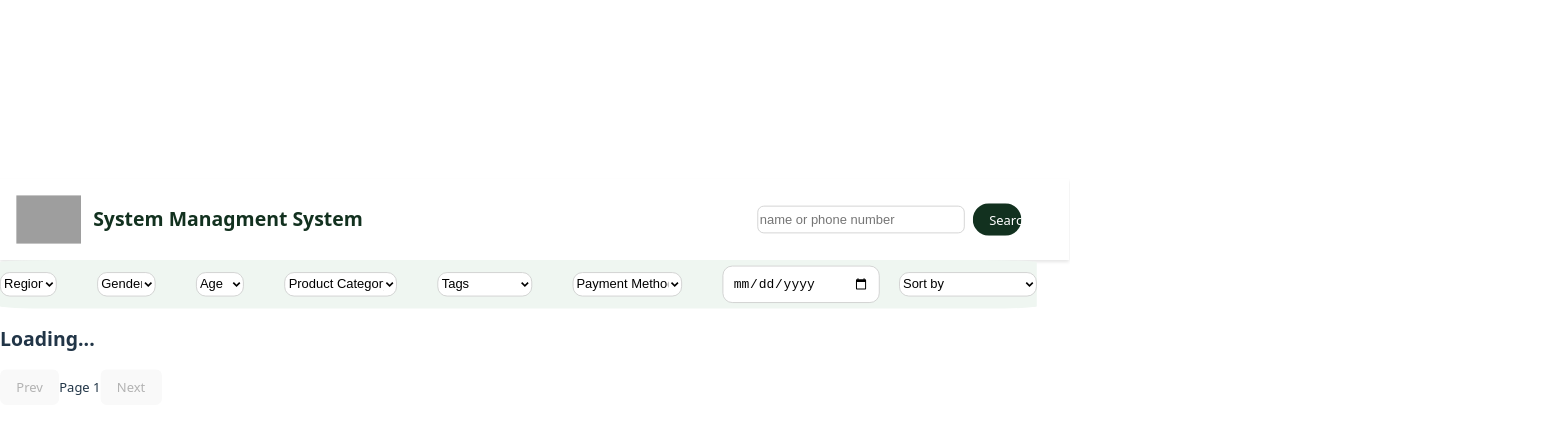
Repository: SandeepYadav18717/TruEstae
Page: / (app in TruEstae/)
The author's editor kept a copy of each file at every save. The page is drawn from the files as they stood at one save, then again after a run of saves.
The browser window is 1280 px wide. The page is 1320 px wide, then 2229 px, then 1320 px, so the pictures cover 1920 px, including what lies to the right of the window. The pictures show the whole page, at 81% of full size.
Pictures or frames that could not be fetched are drawn as grey boxes. The page's requests for data from a server got no answer. The project was rebuilt for these pictures with package versions that can differ from the ones it lists, and the page was loaded fresh each time. No one was signed in, and anything a server would have sent is missing. Also part of the build but not shown: TruEstae/vite.config.js, TruEstae/src/App.css.

Above is the page before, as saved 2025-12-09 08:25:21.

After the next 2 saves:
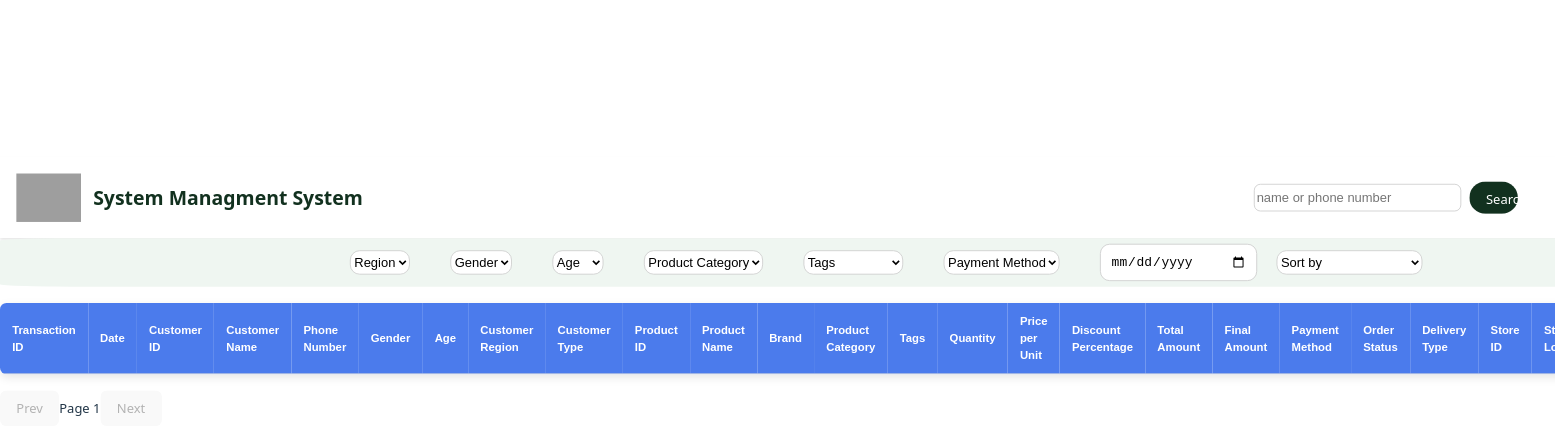
The 2 saves are shown as one change because they came seconds apart.
The last was saved 54 s later.
--- a/TruEstae/src/Pages/Home.jsx
+++ b/TruEstae/src/Pages/Home.jsx
@@ -20,38 +20,53 @@
 
   const [data, setData] = useState([]);
   const [loading, setLoading] = useState(false);
+
+  // ⭐⭐⭐ SEARCH FUNCTION (FIXED) ⭐⭐⭐
   const handleSearch = async (query) => {
+    setLoading(true); // start loader
     console.log("SEARCH QUERY:", query);
 
-    const res = await fetch("http://localhost:8000/search-name-phone", {
-      method: "POST",
-      headers: { "Content-Type": "application/json" },
-      body: JSON.stringify({ query }),
-    });
-
-    const result = await res.json();
-    console.log("SEARCH RESULT:", result);
-
-    setData(result); // show search result
+    try {
+      const res = await fetch("http://localhost:8000/search-name-phone", {
+        method: "POST",
+        headers: { "Content-Type": "application/json" },
+        body: JSON.stringify({ query }),
+      });
+
+      const result = await res.json();
+
+      console.log("SEARCH RESULT:", result);
+      setData(result);  // load search result
+    } catch (err) {
+      console.error("Search Error:", err);
+    }
+
+    setLoading(false); // stop loader
   };
 
+  // FILTER HANDLER
   function Page(e) {
     const { id, value } = e.target;
-    setFilters((prev) => ({ ...prev, [id]: value, page: 1 })); // reset to page 1
+    setFilters((prev) => ({ ...prev, [id]: value, page: 1 }));
   }
 
+  // ⭐⭐⭐ FETCH FILTERED DATA ⭐⭐⭐
   useEffect(() => {
     async function fetchData() {
       setLoading(true);
 
-      const res = await fetch("http://localhost:5000/get-data", {
-        method: "POST",
-        headers: { "Content-Type": "application/json" },
-        body: JSON.stringify(filters),
-      });
-
-      const result = await res.json();
-      setData(result);
+      try {
+        const res = await fetch("http://localhost:8000/get-data", {
+          method: "POST",
+          headers: { "Content-Type": "application/json" },
+          body: JSON.stringify(filters),
+        });
+
+        const result = await res.json();
+        setData(result);
+      } catch (err) {
+        console.error("Fetch Error:", err);
+      }
 
       setLoading(false);
     }
@@ -63,11 +78,13 @@
     <>
       <div className="topBar">
         <Logo />
-       <SearchBar onSearch={handleSearch} />
-
+
+        {/* ⭐⭐⭐ SEARCHBAR WITH FUNCTION ⭐⭐⭐ */}
+        <SearchBar onSearch={handleSearch} />
       </div>
 
       <div className="Container_Ui">
+
         <div id="Customer_Region">
           <select id="region" onChange={Page}>
             <option hidden>Region</option>
@@ -109,7 +126,6 @@
         <div id="Tags">
           <select id="tags" onChange={Page}>
             <option hidden>Tags</option>
-
             <option>skincare</option>
             <option>beauty</option>
             <option>fashion</option>
@@ -152,13 +168,13 @@
         </div>
       </div>
 
-      {/*here is the loader if loading is true no data show  */}
+      {/* ⭐⭐⭐ LOADING UI ⭐⭐⭐ */}
       {loading && <h2>Loading...</h2>}
 
-      {/* using props to get the table when loader is not true */}
+      {/* ⭐⭐⭐ SHOW TABLE WHEN NOT LOADING ⭐⭐⭐ */}
       {!loading && <Table data={data} />}
 
-      {/* PAGINATION BUTTONS */}
+      {/* PAGINATION */}
       <div>
         <button
           disabled={filters.page === 1}

After the save that followed:
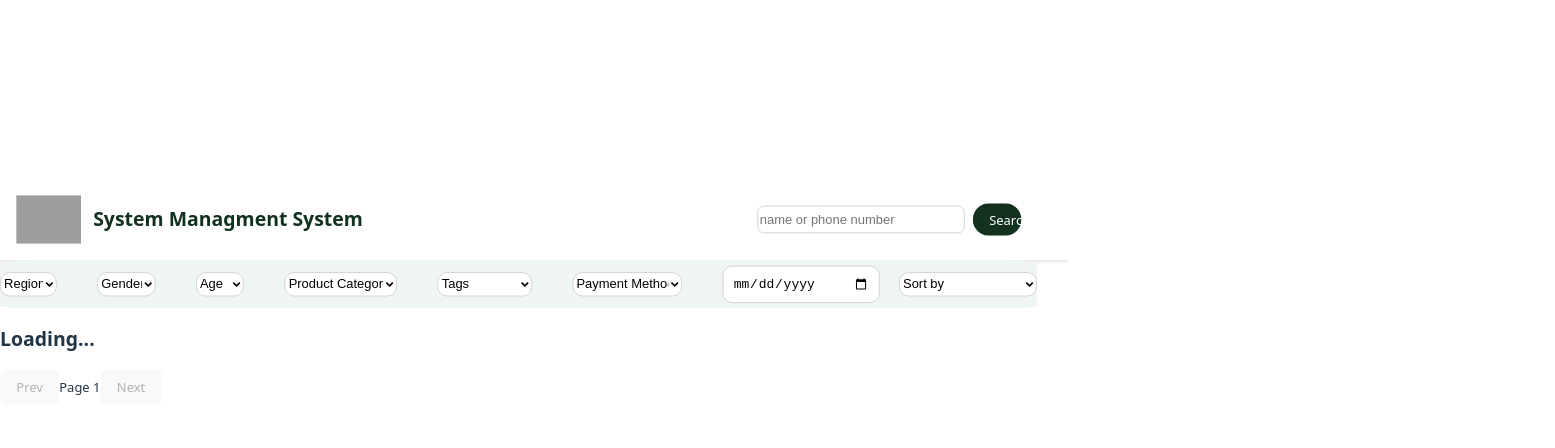
Saved 100 s later.
--- a/TruEstae/src/Pages/Home.jsx
+++ b/TruEstae/src/Pages/Home.jsx
@@ -20,53 +20,38 @@
 
   const [data, setData] = useState([]);
   const [loading, setLoading] = useState(false);
-
-  // ⭐⭐⭐ SEARCH FUNCTION (FIXED) ⭐⭐⭐
   const handleSearch = async (query) => {
-    setLoading(true); // start loader
     console.log("SEARCH QUERY:", query);
 
-    try {
-      const res = await fetch("http://localhost:8000/search-name-phone", {
-        method: "POST",
-        headers: { "Content-Type": "application/json" },
-        body: JSON.stringify({ query }),
-      });
+    const res = await fetch("http://localhost:8000/search-name-phone", {
+      method: "POST",
+      headers: { "Content-Type": "application/json" },
+      body: JSON.stringify({ query }),
+    });
 
-      const result = await res.json();
+    const result = await res.json();
+    console.log("SEARCH RESULT:", result);
 
-      console.log("SEARCH RESULT:", result);
-      setData(result);  // load search result
-    } catch (err) {
-      console.error("Search Error:", err);
-    }
-
-    setLoading(false); // stop loader
+    setData(result); // show search result
   };
 
-  // FILTER HANDLER
   function Page(e) {
     const { id, value } = e.target;
-    setFilters((prev) => ({ ...prev, [id]: value, page: 1 }));
+    setFilters((prev) => ({ ...prev, [id]: value, page: 1 })); // reset to page 1
   }
 
-  // ⭐⭐⭐ FETCH FILTERED DATA ⭐⭐⭐
   useEffect(() => {
     async function fetchData() {
       setLoading(true);
 
-      try {
-        const res = await fetch("http://localhost:8000/get-data", {
-          method: "POST",
-          headers: { "Content-Type": "application/json" },
-          body: JSON.stringify(filters),
-        });
+      const res = await fetch("http://localhost:5000/get-data", {
+        method: "POST",
+        headers: { "Content-Type": "application/json" },
+        body: JSON.stringify(filters),
+      });
 
-        const result = await res.json();
-        setData(result);
-      } catch (err) {
-        console.error("Fetch Error:", err);
-      }
+      const result = await res.json();
+      setData(result);
 
       setLoading(false);
     }
@@ -78,13 +63,11 @@
     <>
       <div className="topBar">
         <Logo />
+       <SearchBar onSearch={handleSearch} />
 
-        {/* ⭐⭐⭐ SEARCHBAR WITH FUNCTION ⭐⭐⭐ */}
-        <SearchBar onSearch={handleSearch} />
       </div>
 
       <div className="Container_Ui">
-
         <div id="Customer_Region">
           <select id="region" onChange={Page}>
             <option hidden>Region</option>
@@ -126,6 +109,7 @@
         <div id="Tags">
           <select id="tags" onChange={Page}>
             <option hidden>Tags</option>
+
             <option>skincare</option>
             <option>beauty</option>
             <option>fashion</option>
@@ -168,13 +152,13 @@
         </div>
       </div>
 
-      {/* ⭐⭐⭐ LOADING UI ⭐⭐⭐ */}
+      {/*here is the loader if loading is true no data show  */}
       {loading && <h2>Loading...</h2>}
 
-      {/* ⭐⭐⭐ SHOW TABLE WHEN NOT LOADING ⭐⭐⭐ */}
+      {/* using props to get the table when loader is not true */}
       {!loading && <Table data={data} />}
 
-      {/* PAGINATION */}
+      {/* PAGINATION BUTTONS */}
       <div>
         <button
           disabled={filters.page === 1}
